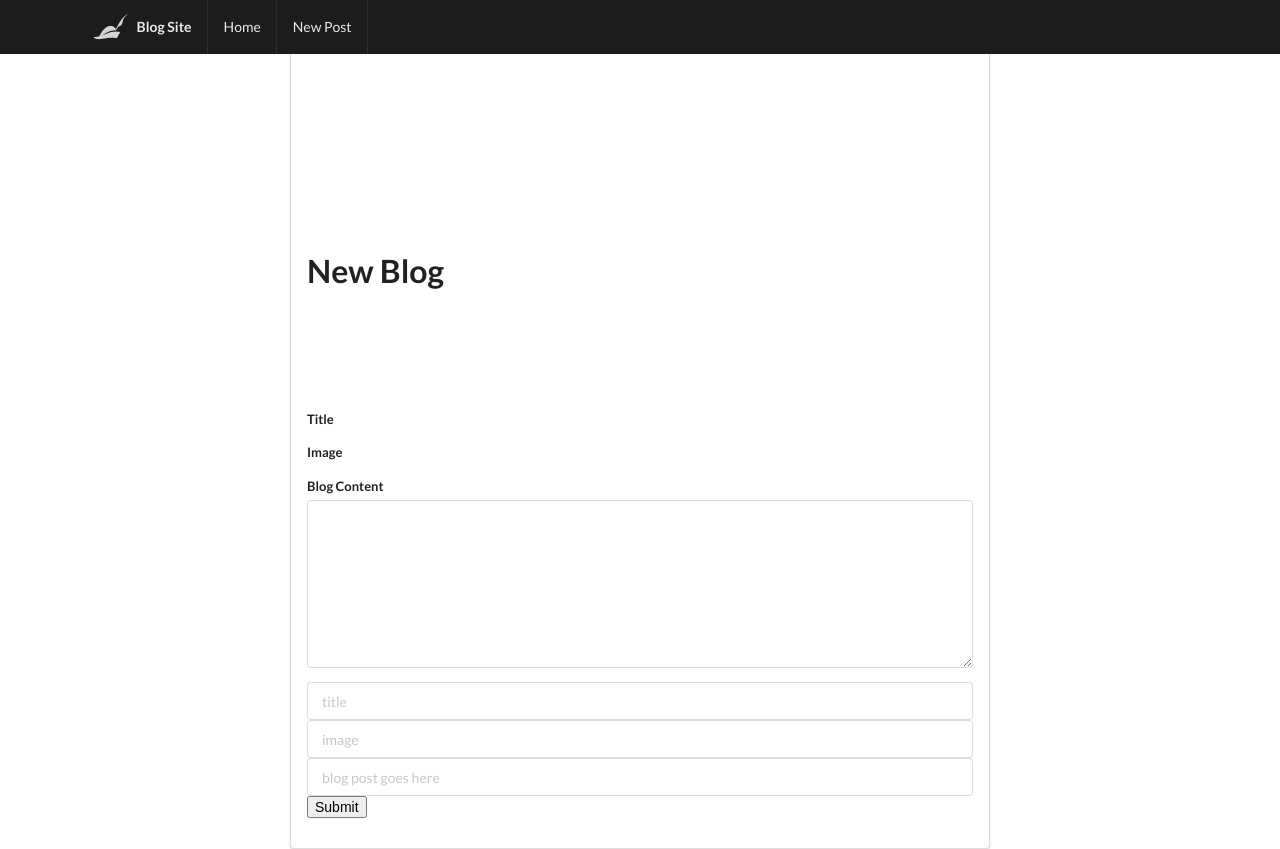
Repository: zella0/BlogApp
Page: http://localhost/blogs/new
The author's editor kept a record of every edit. The page is drawn from the files as they stood at one moment, then again after the next edit.
The browser window is 1280 px wide. The pictures show the whole page.
Some web libraries are served in a nearby version. The page is served by the project's Node server (RESTful_Routing/BlogApp/app.js).

Above is the page before.

After the next edit:
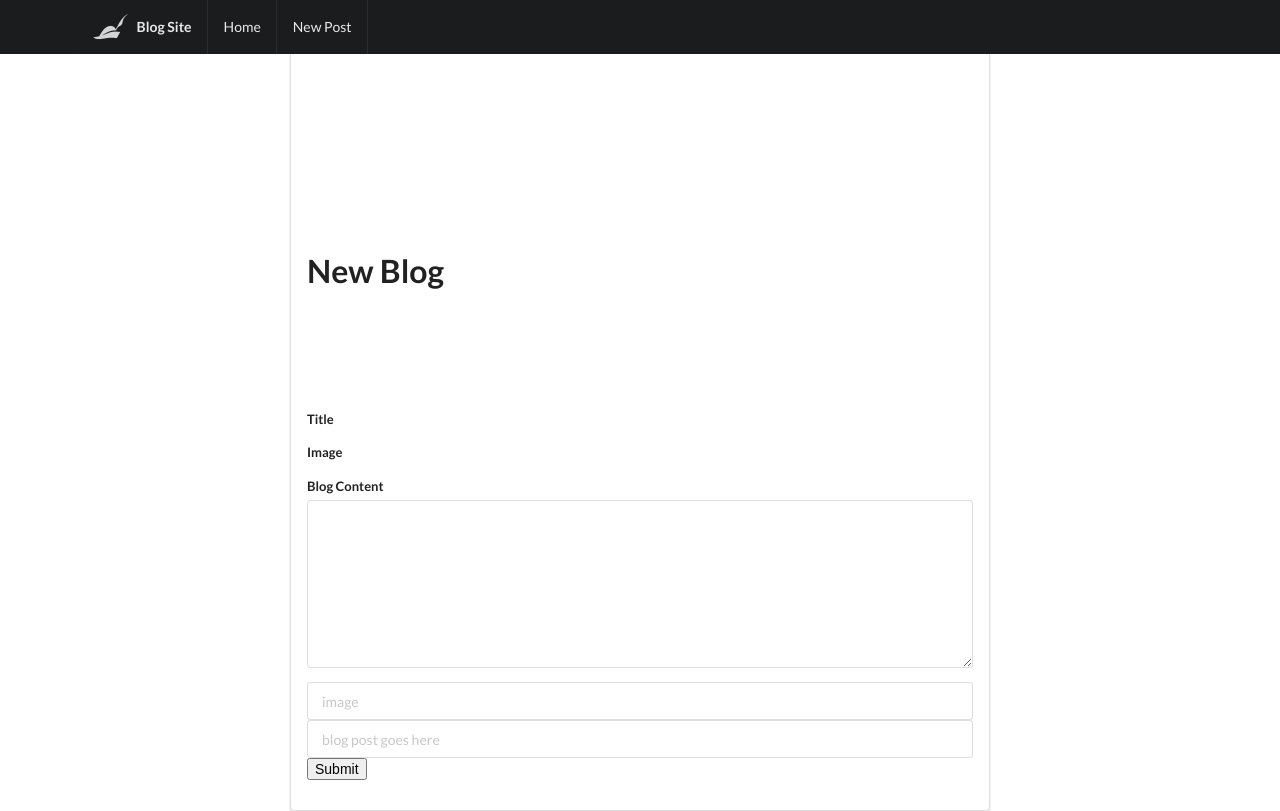
The edit:
--- a/RESTful_Routing/BlogApp/views/new.ejs
+++ b/RESTful_Routing/BlogApp/views/new.ejs
@@ -13,7 +13,7 @@
       <label>Blog Content</label>
       <textarea name = 'blog[body]'></textarea>
     </div>
-    <input type = 'text' name = 'blog[title]' placeholder='title'>
+
     <input type = 'text' name = 'blog[image]' placeholder='image'>
     <input type = 'text' name = 'blog[body]' placeholder='blog post goes here'>
     <input type = 'submit'>
